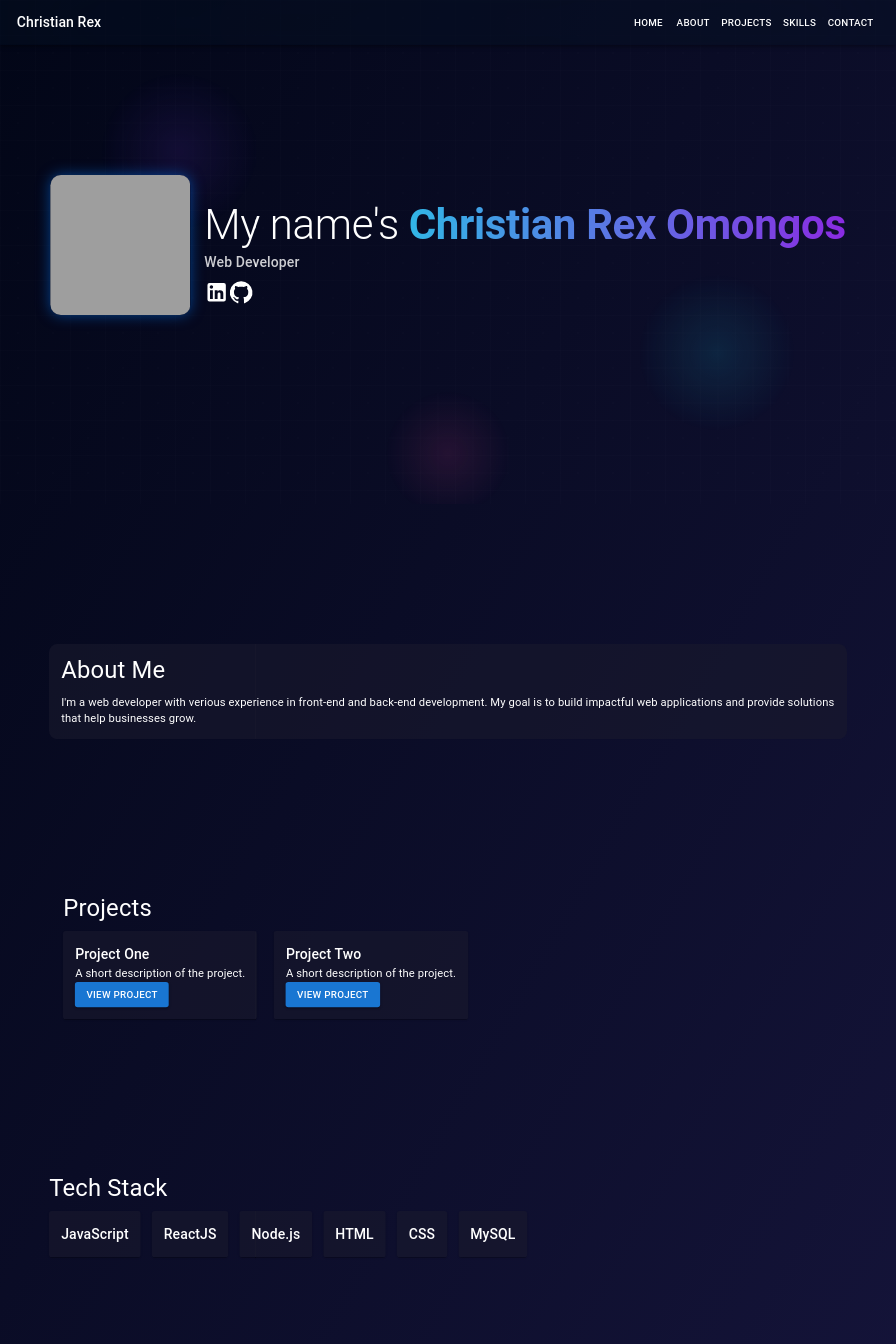
Repository: mikeshadowcoder/myWeb
Page: /
These files come from the project's save history. The page is drawn as it stood at one moment and after the next save; the edit follows.
The browser window is 1280 px wide. The pictures show the part of the page from y = 0 to 1920 px (the page is 2643 px tall), at 70% of full size.
Pictures or frames that could not be fetched are drawn as grey boxes. The project was rebuilt for these pictures with package versions that can differ from the ones it lists, and the page was loaded fresh each time.

Above is the page before, as saved 2026-01-21 20:36:53.

### src/index.js
import React from 'react';
import ReactDOM from 'react-dom/client';
import './index.css';
import App from './App';
import 'bootstrap/dist/css/bootstrap.min.css';
import "./styles/global.css";

const root = ReactDOM.createRoot(document.getElementById('root'));
root.render(
  <React.StrictMode>
    <App />
  </React.StrictMode>
);

### src/App.js
import React, {useRef} from 'react';
//import { BrowserRouter as Router, Route, Routes } from 'react-router-dom';
import Header from './components/Header';
import Home from './components/Home';
import AboutMe from './components/AboutMe';
import Content from './components/Content';
import Skills from './components/Skills';
import Contact from './components/Contact';
import Footer from './components/Footer';
import Box from '@mui/material/Box';
import BackgroundShapes from './components/BackgroundShapes'


const App = () => {
  const homeRef = useRef(null);
  const aboutRef = useRef(null);
  const contentRef = useRef(null);
  const skillsRef = useRef(null);
  const contactRef = useRef(null);

  // Function to handle smooth scrolling
  const scrollToSection = (ref) => {
    const headerOffset = 200; // Adjust based on your AppBar height (default MUI AppBar is ~64px)
    const elementPosition = ref.current.getBoundingClientRect().top + window.scrollY;
    const offsetPosition = elementPosition - headerOffset;

    window.scrollTo({
      top: offsetPosition,
      behavior: "smooth",
    });
  };


  return (
    <div>
      {/* Pass the scroll function to Header for navigation */}
      <BackgroundShapes/>
      <Header
        onScrollToSection={{
          home: () => scrollToSection(homeRef),
          about: () => scrollToSection(aboutRef),
          content: () => scrollToSection(contentRef),
          skills: () => scrollToSection(skillsRef),
          contact: () => scrollToSection(contactRef),
        }}
      />
      <Box sx={{
        maxWidth: "89%",
        margin: "auto",
        // border: "2px solid red"
      }}>
       {/* Sections with attached refs */}
      <section ref={homeRef}>
        <Home />
      </section>

       <section ref={aboutRef}>
        <AboutMe />
      </section>

      <section ref={contentRef}>
        <Content />
      </section>

      <section ref={skillsRef}>
        <Skills />
      </section>

      <section ref={contactRef}>
        <Contact />
      </section>
      </Box>
      <section>
        <Footer/>
      </section>
    </div>
  );
};

export default App;

### src/styles/global.css
body {
    min-height: 100vh;
  background:
    linear-gradient(120deg, #020617, #1e1b4b, #312e81, #0f172a);
  background-size: 400% 400%;
  /* animation: gradientShift 30s ease infinite; */
    color: white;
    margin: 0;
    padding: 0;
    font-family: 'Arial', sans-serif;
  }

  /* @keyframes gradientShift {
  0%   { background-position: 0% 50%; }
  50%  { background-position: 100% 50%; }
  100% { background-position: 0% 50%; }
} */

/* @media (prefers-reduced-motion: reduce) {
  body {
    animation: none;
  }
} */

.gradient-text {
  background: linear-gradient(90deg, rgb(50, 182, 230), rgb(138, 43, 226)); /* Customize here */
  -webkit-background-clip: text;
  background-clip: text;
  -webkit-text-fill-color: transparent;
  color: transparent;
}

### src/components/Header.js
import React from 'react';
import { AppBar, Toolbar, Typography, Button } from '@mui/material';
import "../styles/header.css";
//import { Link } from 'react-router-dom';

const Header = ({onScrollToSection}) => {
  return (
    <AppBar className="header">
      <Toolbar>
        <Typography variant="h6" sx={{flexGrow:1}}>
          Christian Rex
        </Typography>
        <Button color="inherit" onClick={onScrollToSection.home}>Home</Button>
        <Button color="inherit" onClick={onScrollToSection.about}>About</Button>
        <Button color="inherit" onClick={onScrollToSection.content}>Projects</Button>
        <Button color="inherit" onClick={onScrollToSection.skills}>Skills</Button>
        <Button color="inherit" onClick={onScrollToSection.contact}>Contact</Button>
      </Toolbar>
    </AppBar>
  )
};

export default Header;

### src/components/Home.js
import React from "react";
import { Box, Typography, Button } from "@mui/material";
import LinkedInIcon from "@mui/icons-material/LinkedIn";
import GitHubIcon from "@mui/icons-material/GitHub";
// import FacebookIcon from "@mui/icons-material/Facebook";
import profilePic from "../assets/images/profilePic.jpg";

const Home = () => {
  return (
    <Box
      sx={{
        display: "flex",
        alignItems: "center",
        justifyContent: "center",
        minHeight: "100vh",
        color: "white",
        width: "100%",
        textAlign: "center",
      }}
    >
      <Box
        sx={{
          display: "flex",
          alignItems: "center",
          gap: "20px", // Space between image and text
          flexWrap: "wrap", // Ensures responsiveness
        }}
      >
      {/* Profile Image */}
      <Box
        component="img"
        src={profilePic} //Profile Picture
        alt="Profile"
        sx={{
          width: "200px",
          height: "200px",
          borderRadius: "15px",
          boxShadow: "0 0 20px rgba(0, 123, 255, 0.5)",
          marginBottom: "20px",
          objectFit: "cover"
        }}
      />

      {/* Text Section */}
      <Box sx={{ textAlign: "left"}}>
        <Typography variant="h2">
          My name's {" "}
          <Typography variant="h2" component="span" className="gradient-text" sx={{ fontWeight: "bold" }}>Christian Rex Omongos</Typography>
        </Typography>

        <Typography variant="h6" sx={{ marginBottom: "10px", opacity: 0.8 }}>
          Web Developer
        </Typography>

        {/* Social Media Icons */}
        <Box sx={{ display: "flex",}}>
          <Button href="https://linkedin.com/in/christianrex/" target="_blank" sx={{ color: "white", minWidth: 0, padding: 0 }}>
            <LinkedInIcon fontSize="large" />
          </Button>
          <Button href="https://github.com/mikeshadowcoder" target="_blank" sx={{ color: "white", minWidth: 0, padding: 0 }}>
            <GitHubIcon fontSize="large" />
          </Button>
        </Box>
      </Box>
    </Box>
  </Box>
  );
};

export default Home;

### src/components/AboutMe.js
import React from 'react';
import { Typography, Box } from '@mui/material';
import "../styles/boxStyling.css"

const AboutMe = () => {

  return (
    <Box sx={{ mt: 25, mb: 25, width: "100%" }}>
      <Box className="box-container">
        <Typography variant="h4" gutterBottom>About Me</Typography>
          <Typography>
            I'm a web developer with verious experience in front-end and back-end development.
            My goal is to build impactful web applications and provide solutions that
            help businesses grow.
          </Typography>
      </Box>
    </Box>
  );
};

export default AboutMe;

### src/components/Content.js
import React from 'react';
import { Grid2, Paper, Typography, Button, Box } from '@mui/material';
// import MacWindowHeader from './UI/MacWindowHeader';
import "../styles/boxStyling.css";

const Content = () => {
  const projects = [
    {
      title: 'Project One',
      description: 'A short description of the project.',
      link: 'https://github.com/your-repo/project-one',
    },
    {
      title: 'Project Two',
      description: 'A short description of the project.',
      link: 'https://github.com/your-repo/project-two',
    },
    // Add more projects here
  ];

  return (
  <Box>
    {/* <MacWindowHeader/> */}
    <Box sx={{ padding: "20px"}}>

        <Typography variant="h4" gutterBottom>Projects</Typography>
        <Grid2 container spacing={3}>
          {projects.map((project, index) => (
            <Grid2 item xs={12} sm={6} key={index}>
              <Paper className='box-container' sx={{ padding: 2, bgcolor: 'rgba(26, 26, 46, 0.6)', color: 'rgba(255, 255, 255, 1)'}}>
                <Typography variant="h6">{project.title}</Typography>
                <Typography>{project.description}</Typography>
                <Button variant="contained" href={project.link} target="_blank">
                  View Project
                </Button>
              </Paper>
            </Grid2>
          ))}
        </Grid2>

    </Box>
  </Box>
  );
};

export default Content;

### src/components/Skills.js
import React from 'react';
import { Grid2, Paper, Typography, Box } from '@mui/material';
import "../styles/boxStyling.css"

const Skills = () => {
  const skills = ['JavaScript', 'ReactJS', 'Node.js', 'HTML', 'CSS', 'MySQL'];

  return (
    <Box sx={{ mt: 25, width: "100%", }}>
      <Typography variant="h4" gutterBottom >Tech Stack</Typography>
      <Box> {/* REDUNDANT might remove later*/}
      <Grid2 container spacing={2} >
        {skills.map((skill, index) => (
          <Grid2 item xs={12} sm={6} md={4} key={index}>
            <Paper className="box-container" sx={{ padding: 2, textAlign: 'center', bgcolor: 'rgba(26, 26, 46, 0.6)', color: 'rgba(255, 255, 255, 1)' }}>
              <Typography variant="h6">{skill}</Typography>
            </Paper>
          </Grid2>
        ))}
      </Grid2>
      </Box>

    </Box>
  );
};

export default Skills;

### src/components/Contact.js
import React, { useState } from 'react';
import { Typography, TextField, Button, Box, Alert } from '@mui/material';
import "../styles/boxStyling.css"

const Contact = () => {
  const [success, setSuccess] = useState(false);
  const [error, setError] = useState(false);

  const handleSubmit = async (event) => {
    event.preventDefault();
    setError(false);
    setSuccess(false);

    const formData = new FormData(event.target);

    try {
      const response = await fetch("https://formsubmit.co/bufferingupbruh1994@gmail.com", {
        method: "POST",
        body: formData,
      });

      if (response.ok) {
        setSuccess(true);
        event.target.reset(); // Reset the form after success
        setTimeout(() => setSuccess(false), 5000);
      } else {
        setError(true);
        setTimeout(() => setError(false), 5000);

      }
    } catch (err) {
      setError(true);
      setTimeout(() => setError(false), 5000);
    }
  }


  return (
    <Box
    sx={{
      p: 4,
      mt: 25,
      mb: 10
    }}
    >
      <Typography variant="h4" gutterBottom>Contact Me</Typography>
      <Box className="box-container" >
        {/* Success Message */}
        {success && <Alert severity="success">Message sent</Alert>}
        {error && <Alert severity="error">Failed to send message. Please try again.</Alert>}
        <form onSubmit={handleSubmit}>

          <input type="hidden" name="_captcha" value="false" />

          {/*Subject*/}
          <TextField
          label="Subject"
          name="Subject"
          fullWidth
          margin="normal"
          required
          slotProps={{inputLabel: { style: { color: "white" } } }} // Make label white
          sx={{
            input: { color: "white" },
            "& .MuiOutlinedInput-root": {
              "& fieldset": { borderColor: "white" }, // Border color
              "&:hover fieldset": { borderColor: "#ccc" }, // Hover effect
              },
            }}
          />

          {/*Email*/}
          <TextField label="Your Email"
          name="Email"
          type="email"
          fullWidth
          margin="normal"
          required
          slotProps={{inputLabel: { style: { color: "white" } } }} // Make label white
          sx={{
            input: { color: "white" },
            "& .MuiOutlinedInput-root": {
              "& fieldset": { borderColor: "white" }, // Border color
              "&:hover fieldset": { borderColor: "#ccc" }, // Hover effect
              },
            }}
          />

          {/*Message*/}
          <TextField label="Your Message"
          name="Message"
          fullWidth
          multiline
          rows={4}
          margin="normal"
          slotProps={{inputLabel: { style: { color: "white" } } }} // Make label white
          sx={{
            "& textarea": {color: "white"},
            "& .MuiOutlinedInput-root": {
              "& fieldset": { borderColor: "white" }, // Border color
              "&:hover fieldset": { borderColor: "#ccc" }, // Hover effect
              },
            }}
          />
          <Button type="submit" variant="contained" sx={{ mt: 2 }}>Send Message</Button>
        </form>
        </Box>
    </Box>
  );
};

export default Contact;

### src/components/Footer.js
import React from 'react';
import { Box, Typography } from "@mui/material";


const Footer = () => {
    return (
        <Box
            sx={{
                width: "100%",
                color: "white",
                textAlign: "center",
                mt: 4,
                mb: 2,
                borderTop: "1px solid rgba(255, 255, 255, 0.08)",
                pt: 2,
            }}
        >
            <Typography variant="body2" sx={{ color: " rgba(255, 255, 255, 0.5) "}}>
                © {new Date().getFullYear()} Christain Rex Omongos. All Rights Reserved.
            </Typography>
        </Box>
    )
}

export default Footer;

### src/components/BackgroundShapes.js
import React from "react";
import "../styles/background.css"; // Import styles

const BackgroundShapes = () => {
  return (
    <>
    <div className="grid-container">
      {/* <svg class="bg" viewBox="0 0 100 100" preserveAspectRatio="xMidYMid slice">
        <defs>
          <linearGradient id="g1">
            <stop offset="0%" stop-color="#7c3aed"/>
            <stop offset="100%" stop-color="#22d3ee"/>
          </linearGradient>
        </defs>
        <circle cx="30" cy="40" r="35" fill="url(#g1)" opacity="0.25" />
      </svg> */}
      <div className="gradient-blobs" />
    </div>
    </>
  );
};

export default BackgroundShapes;

### src/styles/header.css
.header {
  position: sticky;
  scroll-behavior: smooth;
  background-color: rgba(5, 19, 35, .4) !important;
  backdrop-filter: blur(80px);
  color: #ffffff !important;
  /* z-index: 1200 !important; */
  overflow: hidden;
}

### src/styles/boxStyling.css
.box-container {
    width: 100%;
    /* height: 400px; */
    padding: 16px;
    border-radius: 12px;
    border: 1px solid transparent;
    /* background: linear-gradient(to bottom right, rgba(26, 26, 46, 0.6), rgba(22, 33, 62, 0.6)); */
    background: rgba( 26, 26, 46, 0.6);
    transition: border 0.3s ease-in-out, box-shadow 0.3s ease-in-out;
  }

  .box-container:hover {
    border: 1px solid #3b82f6;
    box-shadow: 0px 0px 10px rgba(59, 130, 246, 0.5);
  }

  /* .test {
    color: rgb(99, 102, 241);
    background-image: linear-gradient(45deg, rgb(99, 102, 241) 10%, rgb(168, 85, 247) 93%);
    background-clip: text;
    -webkit-text-fill-color: transparent;
    font-weight: 800 !important;
  } */

### src/styles/background.css
/* Background Shapes and Grid Overlay */
.grid-container{
  position: fixed;
  top: 0;
  left: 0;
  width: 100%;
  height: 100%;
  background-image:
    linear-gradient(rgba(255, 255, 255, 0.04) 1px, transparent 1px),
    linear-gradient(90deg, rgba(255, 255, 255, 0.04) 1px, transparent 1px);
  background-size: 25px 25px; /* Grid spacing */
  opacity: 0.3;
  z-index: -1;
  pointer-events: none;
}

.gradient-blobs {
  position: fixed;
  inset: 0;
  z-index: -1;
  pointer-events: none;

  background:
    radial-gradient(circle at 20% 30%, #7c3aed66, transparent 10%),
    radial-gradient(circle at 80% 70%, #22d3ee66, transparent 10%),
    radial-gradient(circle at 50% 90%, #ec489966, transparent 10%);

  animation: blobDrift 20s ease-in-out infinite;
  will-change: background-position;
}

@keyframes blobDrift {
  0%   { background-position: 0% 0%, 100% 100%, 50% 100%; }
  50%  { background-position: 20% 30%, 80% 60%, 50% 80%; }
  100% { background-position: 0% 0%, 100% 100%, 50% 100%; }
}

Loaded but not shown: public/index.html (common file); src/index.css (common file)

After the next save:
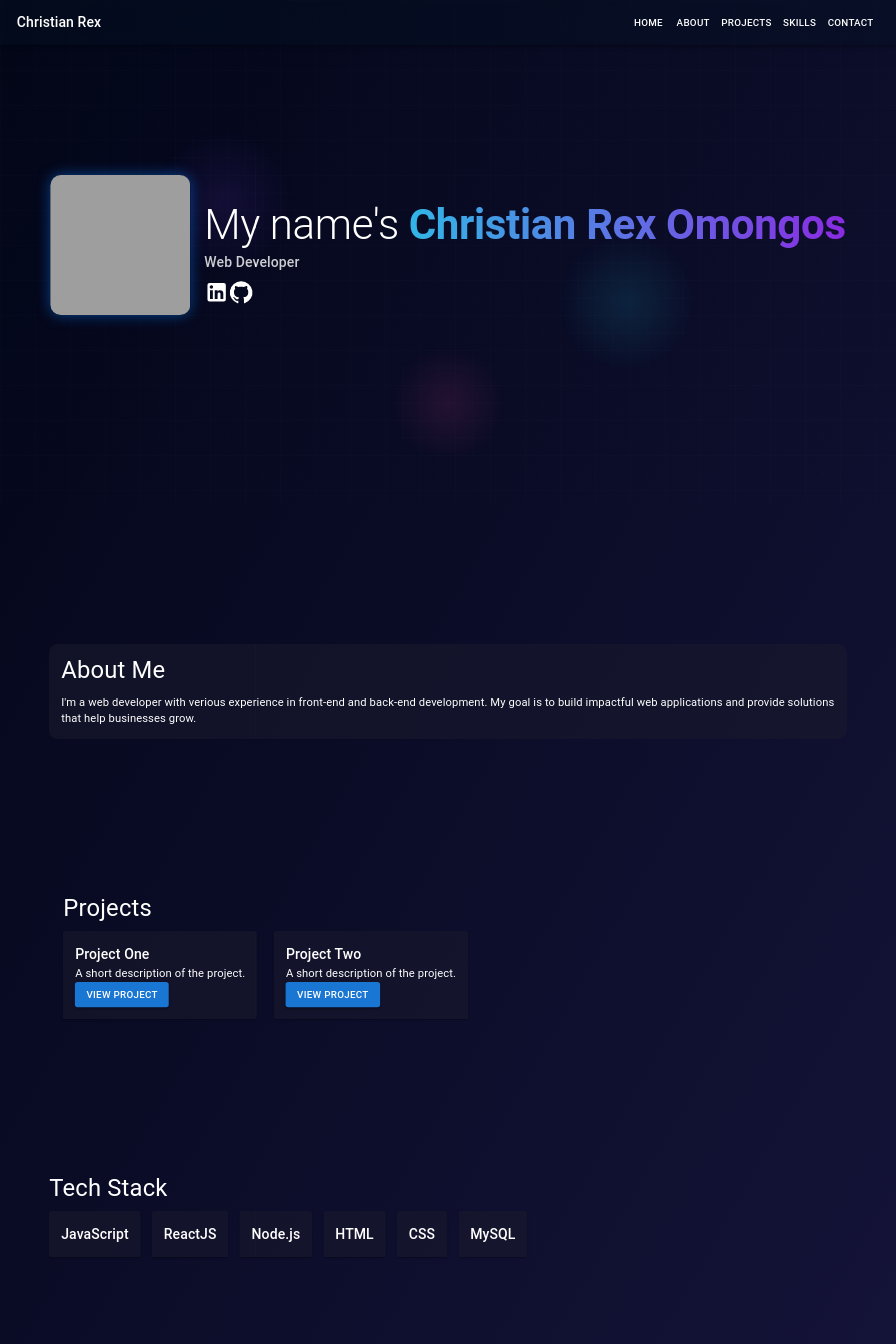
Saved 3 min 16 s later.
--- a/src/styles/background.css
+++ b/src/styles/background.css
@@ -20,17 +20,32 @@
   z-index: -1;
   pointer-events: none;
 
+  --p1: 20% 30%;
+  --p2: 80% 70%;
+  --p3: 50% 90%;
+
   background:
-    radial-gradient(circle at 20% 30%, #7c3aed66, transparent 10%),
-    radial-gradient(circle at 80% 70%, #22d3ee66, transparent 10%),
-    radial-gradient(circle at 50% 90%, #ec489966, transparent 10%);
+    radial-gradient(circle at var(--p1), #7c3aed66, transparent 10%),
+    radial-gradient(circle at var(--p2), #22d3ee66, transparent 10%),
+    radial-gradient(circle at var(--p3), #ec489966, transparent 10%);
 
   animation: blobDrift 20s ease-in-out infinite;
-  will-change: background-position;
 }
 
 @keyframes blobDrift {
-  0%   { background-position: 0% 0%, 100% 100%, 50% 100%; }
-  50%  { background-position: 20% 30%, 80% 60%, 50% 80%; }
-  100% { background-position: 0% 0%, 100% 100%, 50% 100%; }
+  0%   {
+    --p1: 20% 30%;
+    --p2: 80% 70%;
+    --p3: 50% 90%;
+  }
+  50%  {
+    --p1: 25% 40%;
+    --p2: 70% 60%;
+    --p3: 50% 80%;
+  }
+  100% {
+    --p1: 20% 30%;
+    --p2: 80% 70%;
+    --p3: 50% 90%;
+  }
 }
